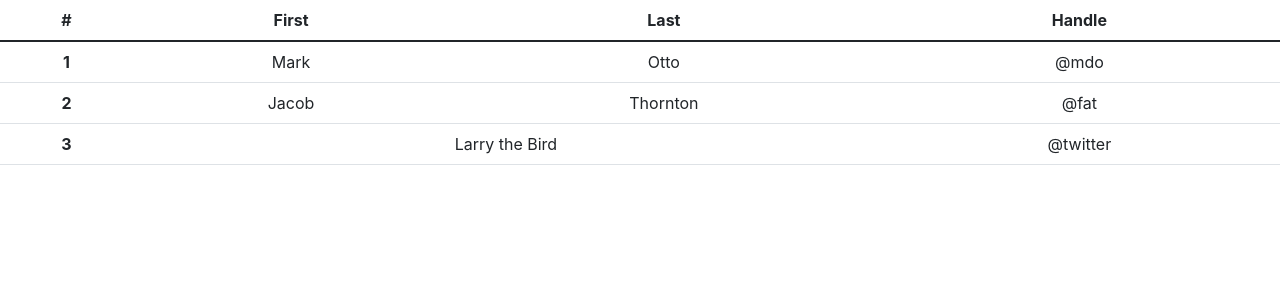
Repository: tuan842001/thulam
Page: /
An editor plug-in stored every save of this project. The page is shown before and after the next save, followed by the edit.
The browser window is 1280 px wide. The pictures show the whole page.
The project was rebuilt for these pictures with package versions that can differ from the ones it lists, and the page was loaded fresh each time.

Above is the page before, as saved 2022-01-11 14:33:25.

### public/index.html
<!DOCTYPE html>
<html lang="en">
  <head>
    <meta charset="utf-8" />
    <link rel="icon" href="%PUBLIC_URL%/favicon.ico" />
    <meta name="viewport" content="width=device-width, initial-scale=1" />
    <meta name="theme-color" content="#000000" />
    <meta
      name="description"
      content="Web site created using create-react-app"
    />

    <link href="https://cdn.jsdelivr.net/npm/bootstrap@5.1.3/dist/css/bootstrap.min.css" rel="stylesheet" integrity="sha384-1BmE4kWBq78iYhFldvKuhfTAU6auU8tT94WrHftjDbrCEXSU1oBoqyl2QvZ6jIW3" crossorigin="anonymous">
<script src="https://cdn.jsdelivr.net/npm/bootstrap@5.1.3/dist/js/bootstrap.bundle.min.js" integrity="sha384-ka7Sk0Gln4gmtz2MlQnikT1wXgYsOg+OMhuP+IlRH9sENBO0LRn5q+8nbTov4+1p" crossorigin="anonymous"></script>
    <title>React App</title>
  </head>
  <body>
    <noscript>You need to enable JavaScript to run this app.</noscript>
    <div id="root"></div>

  </body>
</html>

### src/App.js
import "./App.css";

function App() {
  return (
    <div className="App">
      <table class="table">
        <thead>
          <tr>
            <th scope="col">#</th>
            <th scope="col">First</th>
            <th scope="col">Last</th>
            <th scope="col">Handle</th>
          </tr>
        </thead>
        <tbody>
          <tr>
            <th scope="row">1</th>
            <td>Mark</td>
            <td>Otto</td>
            <td>@mdo</td>
          </tr>
          <tr>
            <th scope="row">2</th>
            <td>Jacob</td>
            <td>Thornton</td>
            <td>@fat</td>
          </tr>
          <tr>
            <th scope="row">3</th>
            <td colspan="2">Larry the Bird</td>
            <td>@twitter</td>
          </tr>
        </tbody>
      </table>
    </div>
  );
}

export default App;

Loaded but not shown: src/index.js (common file); src/index.css (common file); src/App.css (common file)

After the next save:
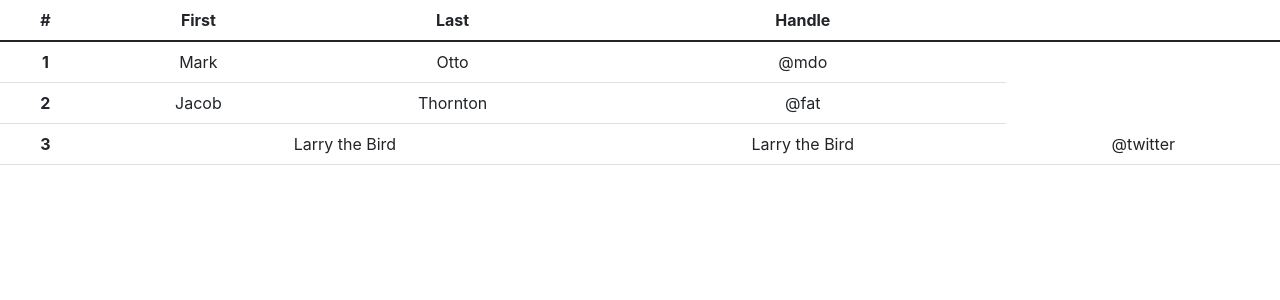
Saved 53 s later.
--- a/src/App.js
+++ b/src/App.js
@@ -28,6 +28,7 @@ function App() {
           <tr>
             <th scope="row">3</th>
             <td colspan="2">Larry the Bird</td>
+            <td colspan="2">Larry the Bird</td>
             <td>@twitter</td>
           </tr>
         </tbody>
